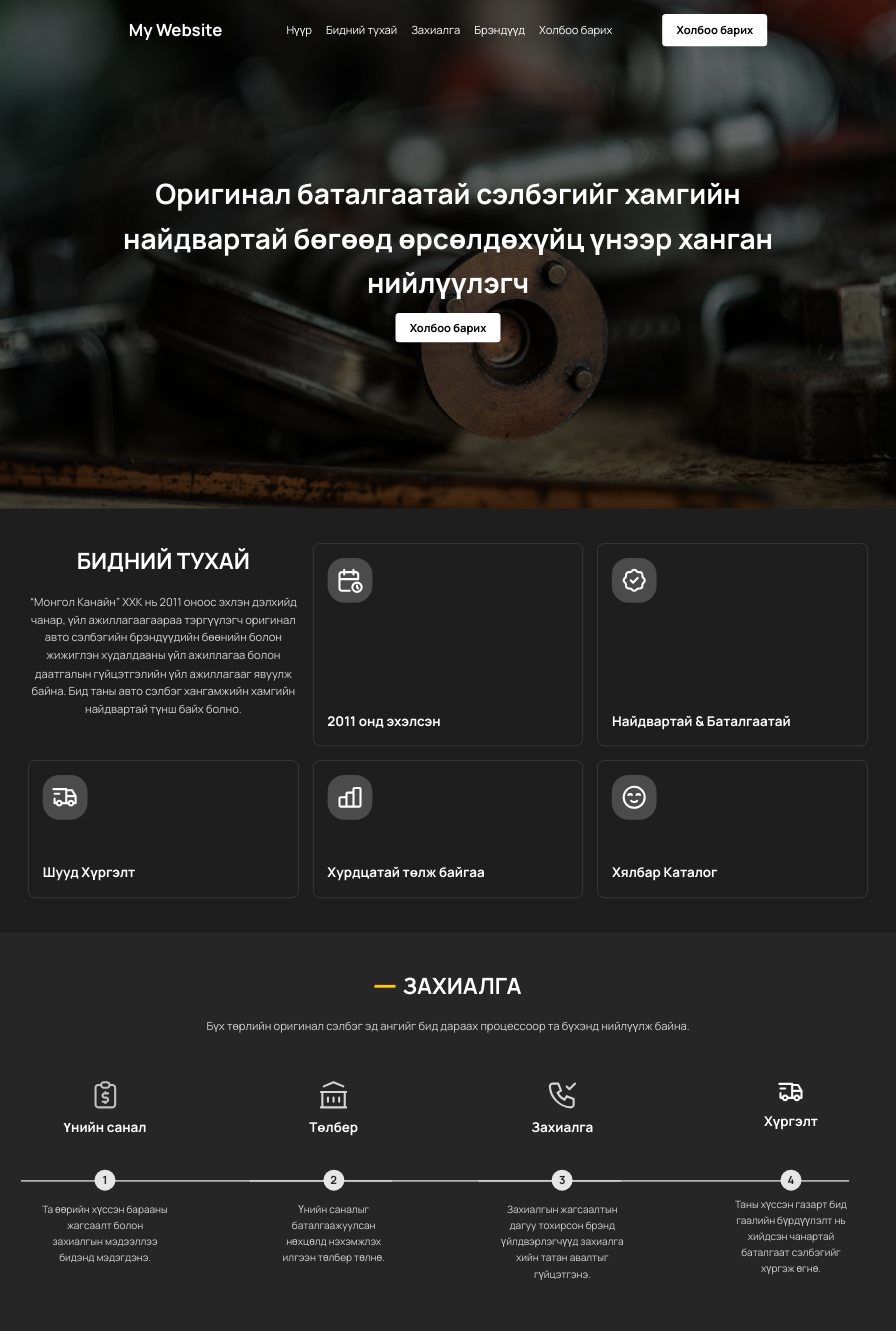
Repository: temuujinnn/mongol_kanain
Page: index.html
The author's editor kept a copy of each file at every save. The page is drawn from the files as they stood at one save, then again after the next save.
The browser window is 1280 px wide. The pictures show the whole page, at 70% of full size.

Above is the page before, as saved 2024-08-22 18:32:20.

After the next save:
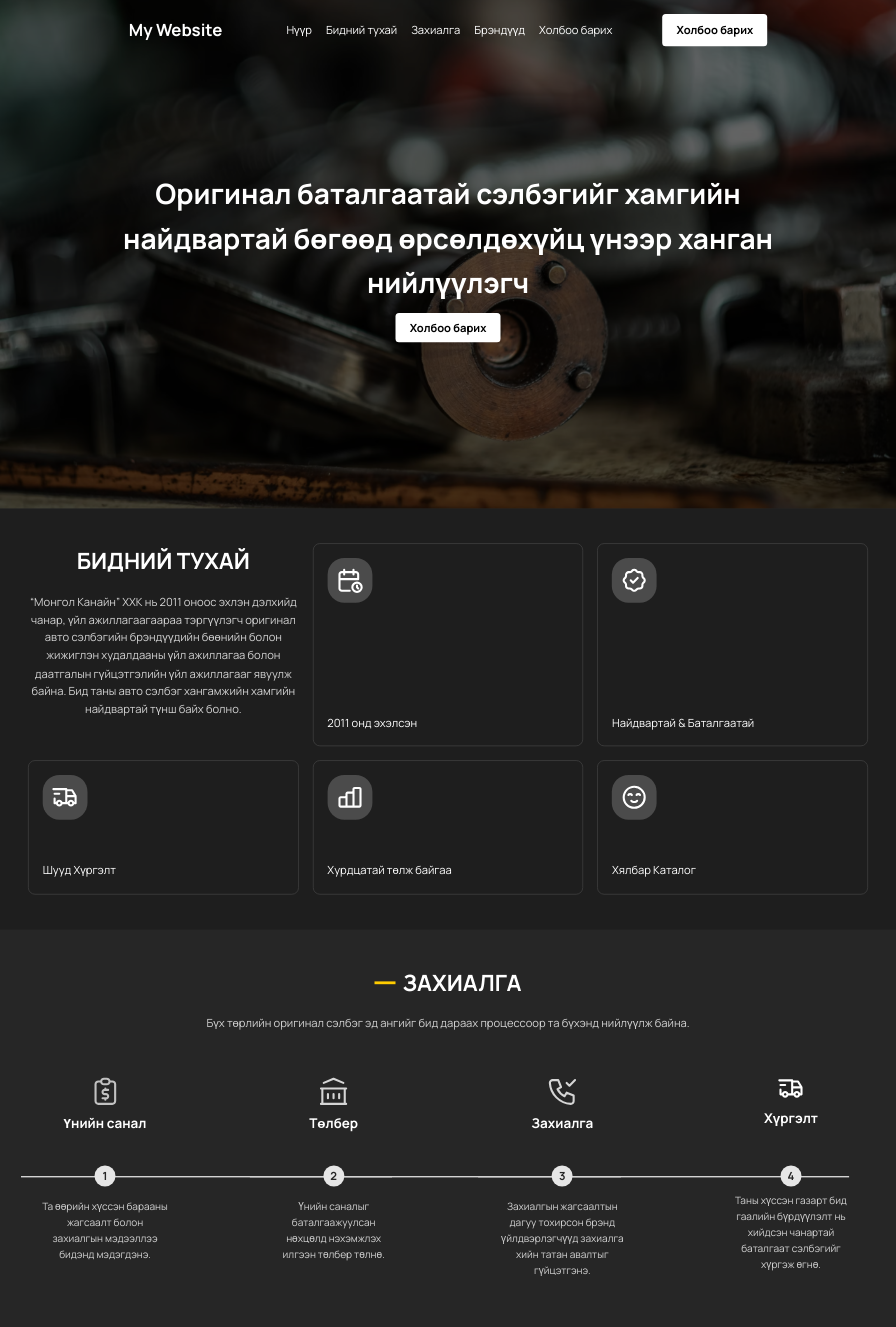
Saved 99 s later.
--- a/style.css
+++ b/style.css
@@ -182,11 +182,11 @@
 
 
 
-.text {
+/* .text {
     font-size: 1.2rem;
     color: #fff;
     font-weight: 700;
-}
+} */
 
 .text br {
     display: none;

After the save that followed:
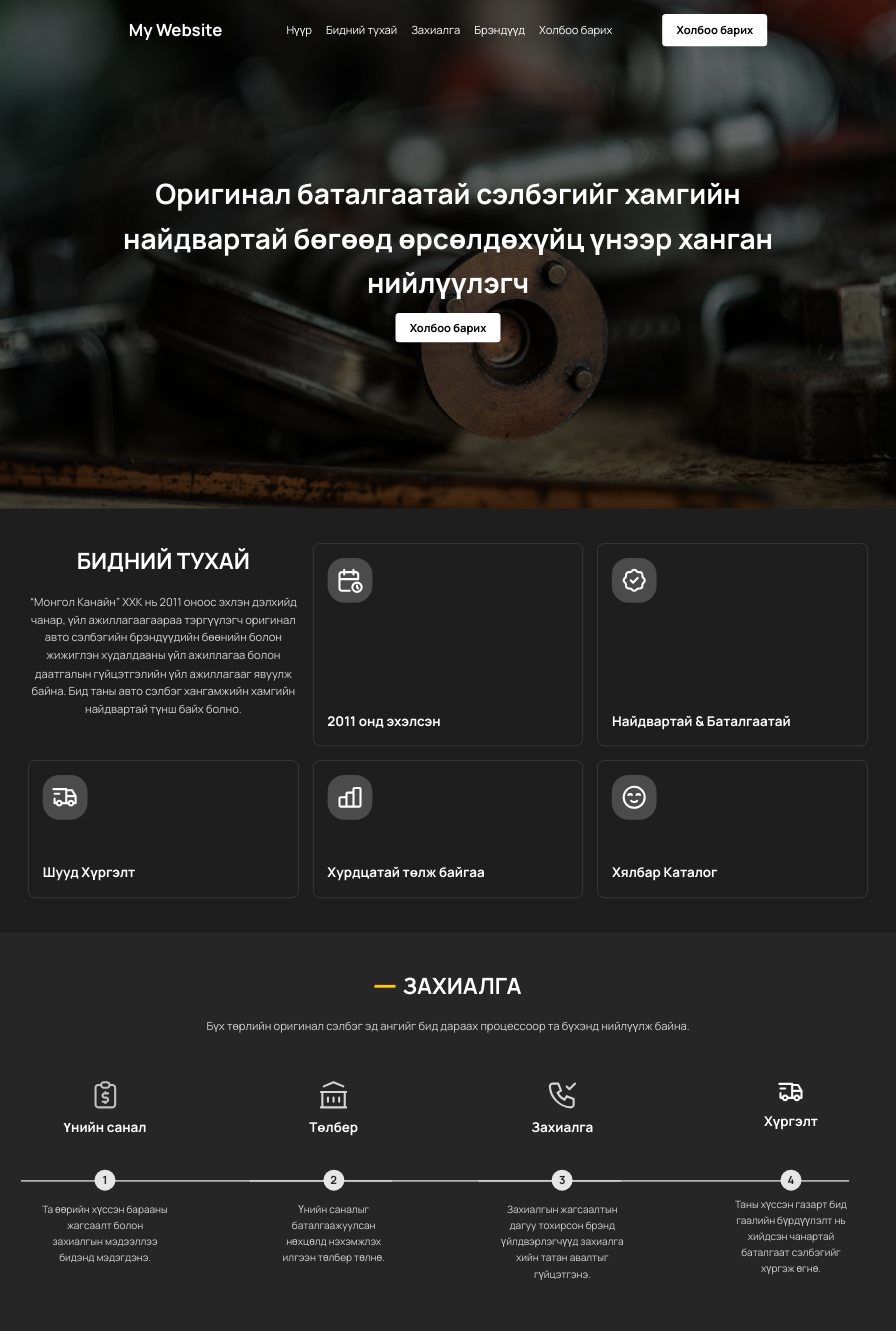
Saved 4 s later.
--- a/style.css
+++ b/style.css
@@ -182,11 +182,11 @@
 
 
 
-/* .text {
+.text {
     font-size: 1.2rem;
     color: #fff;
     font-weight: 700;
-} */
+}
 
 .text br {
     display: none;
